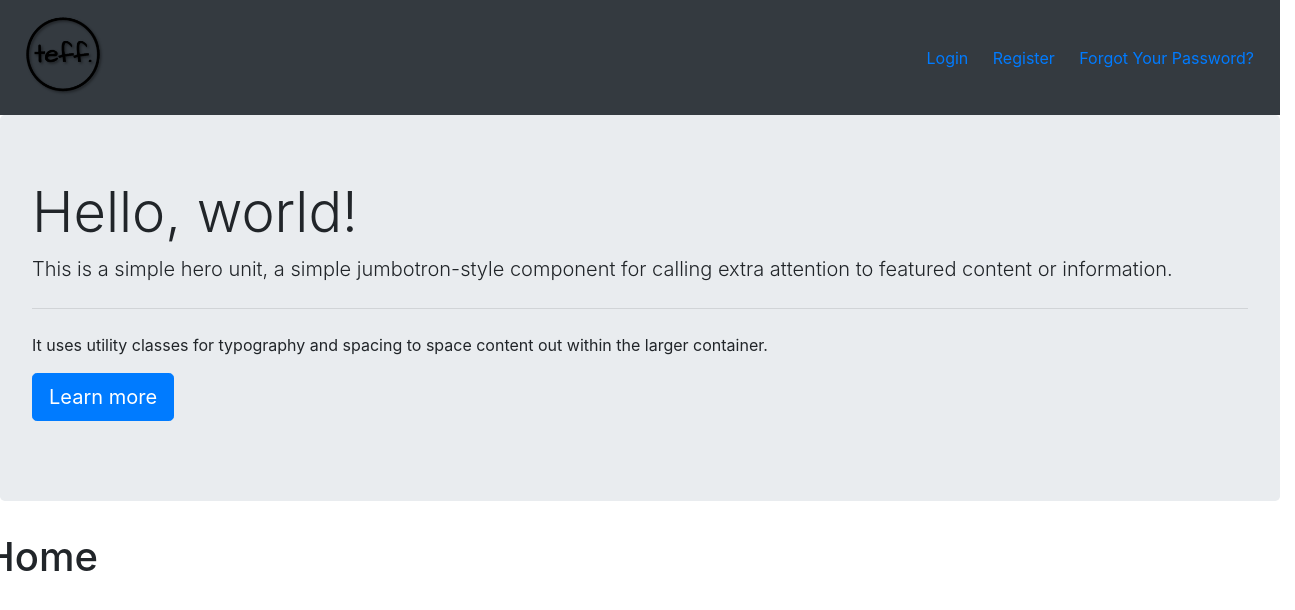
Repository: SamLookingGlass/FullStackDevelopment-Project
Page: http://localhost/
The author's editor kept a record of every edit. The page is drawn from the files as they stood at one moment, then again after the next edit.
The browser window is 1280 px wide. The page is 1295 px wide, so the pictures cover 1295 px, including what lies to the right of the window. The pictures show the whole page.
The page is served by the project's application, run on Django 2.2 (manage.py). Other server files are loaded and not shown.

Above is the page before.

### accounts/views.py
from django.contrib.auth import get_user_model
from django.shortcuts import render, redirect, reverse, HttpResponse
from django.contrib import auth, messages
from django.contrib.auth.decorators import login_required
from .forms import UserLoginForm, UserRegistrationForm

# Create your views here.
def index(request):
    return render(request, 'index.html')

def logout(request):
    auth.logout(request)
    messages.success(request, "You have successfully been logged out")
    return redirect(reverse('index'))

def login(request):
    """Returns the login page"""
    if request.method == 'POST':
        login_form = UserLoginForm(request.POST) # populate the form from what the user has keyed in
        if login_form.is_valid():
            # attempt to check the username and password is valid
            user = auth.authenticate(username=request.POST['username'],
                                     password=request.POST['password'])
            messages.success(request, "You have successfully logged in")
            if user:
                # log in the user
                auth.login(user=user, request=request)
                return redirect(reverse('index'))
            else:
                login_form.add_error('None', "Invalid username or password")
    else:
        login_form = UserLoginForm
        return render(request, 'login.html', {
            'form':login_form
        })

@login_required
def profile(request):
    User = get_user_model()
    user = User.objects.get(email=request.user.email)
    return render(request, 'profile.html', {
        'user' : user
    })

def register(request):
    User = get_user_model()
    if request.method == 'POST':
        form = UserRegistrationForm(request.POST)
        # NEW CODE STARTS HERE
        if form.is_valid():

            #1 create the user
            form.save()

            #2 check if the user has been created properly
            user = auth.authenticate(username=request.POST['username'],
                                     password=request.POST['password1'])
            if user:
                #3 if the user has been created successful, attempt to login
                auth.login(user=user, request=request)
                messages.success(request, "You have successfully registered")
            else:
                messages.error(request, "Unable to register your account at this time")
            return redirect(reverse('index'))
        #NEW CODE ENDS HERE
        else:
            return render(request, 'register.html', {
                'form':form
            })
    else:
        form = UserRegistrationForm()
        return render(request, 'register.html', {
            'form':form
        })

### accounts/templates/index.html
{% extends 'base.html' %}

{% load static %}

{% block page_title %}Home Page{% endblock %}

{% block page_heading %}Home{% endblock %}

### templates/base.html
<!DOCTYPE html>
<html lang="en">

<head>
    <meta charset="UTF-8">
    <meta name="viewport" content="width=device-width, initial-scale=1.0">
    <meta http-equiv="X-UA-Compatible" content="ie=edge">
    <title>{% block page_title %}{% endblock %}</title>
    {% load static %}
    <!-- Own Stylesheet -->
    <link rel="stylesheet" href="{% static 'css/style.css' %}" type="text/css" />

    <!-- Bootstrap CSS CDN-->
    <link rel="stylesheet" href="https://maxcdn.bootstrapcdn.com/bootstrap/4.0.0/css/bootstrap.min.css" integrity="sha384-Gn5384xqQ1aoWXA+058RXPxPg6fy4IWvTNh0E263XmFcJlSAwiGgFAW/dAiS6JXm" crossorigin="anonymous">

    <!-- Google Fonts CSS CDN-->
    <link href="https://fonts.googleapis.com/css?family=Fjalla+One&display=swap" rel="stylesheet">
    <link href="https://fonts.googleapis.com/css?family=Amatic+SC&display=swap" rel="stylesheet">
    <link href="https://fonts.googleapis.com/css?family=Playfair+Display&display=swap" rel="stylesheet">

    <!-- Font Awesome CSS CDN-->
    <link rel="stylesheet" href="https://cdnjs.cloudflare.com/ajax/libs/font-awesome/4.7.0/css/font-awesome.min.css">

</head>

<body>

    <nav class="navbar navbar-dark bg-dark justify-content-between">
        <a href="/" class="navbar-brand"><img id="navlogo" class="img-fluid" src="{% static 'images/logo.png' %}" alt="Teff Logo"></a>

        <div class="d-inline">
            <ul id="navstyle" class="d-inline">
                {% if not user.is_authenticated %}
                <li class="d-inline"><a href="{% url 'login' %}">Login</a></li>
                <li class="d-inline"><a href="{% url 'register' %}">Register</a></li>
                <li class="d-inline"><a href="/password_reset">Forgot Your Password?</a></li>
                {% endif %} {% if user.is_authenticated %}
                <li class="d-inline">Profile</li>
                <li class="d-inline"><a href="{% url 'logout' %}">Logout</a></li>

                {% endif %}
            </ul>
        </div>
    </nav>


    <section>
        <div class="jumbotron">
            <h1 class="display-4">Hello, world!</h1>
            <p class="lead">This is a simple hero unit, a simple jumbotron-style component for calling extra attention to featured content or information.</p>
            <hr class="my-4">
            <p>It uses utility classes for typography and spacing to space content out within the larger container.</p>
            <p class="lead">
                <a class="btn btn-primary btn-lg" href="#" role="button">Learn more</a>
            </p>
        </div>
    </section>

    <div class="row d-lg-flex">
        {% if messages %}
        <div>
            {% for message in messages %} {{ message }} {% endfor %}
        </div>
        {% endif %}


        <h1>{% block page_heading %}{% endblock %}</h1>
        <div>
            {% block content %}{% endblock %}
        </div>
    </div>


</body>

</html>

### teffwebsite/urls.py
"""teffwebsite URL Configuration

The `urlpatterns` list routes URLs to views. For more information please see:
    https://docs.djangoproject.com/en/2.2/topics/http/urls/
Examples:
Function views
    1. Add an import:  from my_app import views
    2. Add a URL to urlpatterns:  path('', views.home, name='home')
Class-based views
    1. Add an import:  from other_app.views import Home
    2. Add a URL to urlpatterns:  path('', Home.as_view(), name='home')
Including another URLconf
    1. Import the include() function: from django.urls import include, path
    2. Add a URL to urlpatterns:  path('blog/', include('blog.urls'))
"""
from django.contrib import admin
from django.urls import path, include

urlpatterns = [
    path('admin/', admin.site.urls),
    path('', include('accounts.urls')),
    path('', include('django.contrib.auth.urls')),
]

### accounts/urls.py
from django.urls import path, include
from accounts.views import index, logout, login, profile, register

urlpatterns = [
    path('', index, name='index'),
    path('logout/', logout, name='logout'),
    path('login/', login, name='login'),
    path('profile/', profile),
    path('register/', register, name='register')
]

### static/css/style.css
body {
    background-color: yellow;
}



/*Navbar*/
#navstyle li {
    margin:10px;

}

#navlogo {
    width:8vw;
    height:100%;
}

After the next edit:
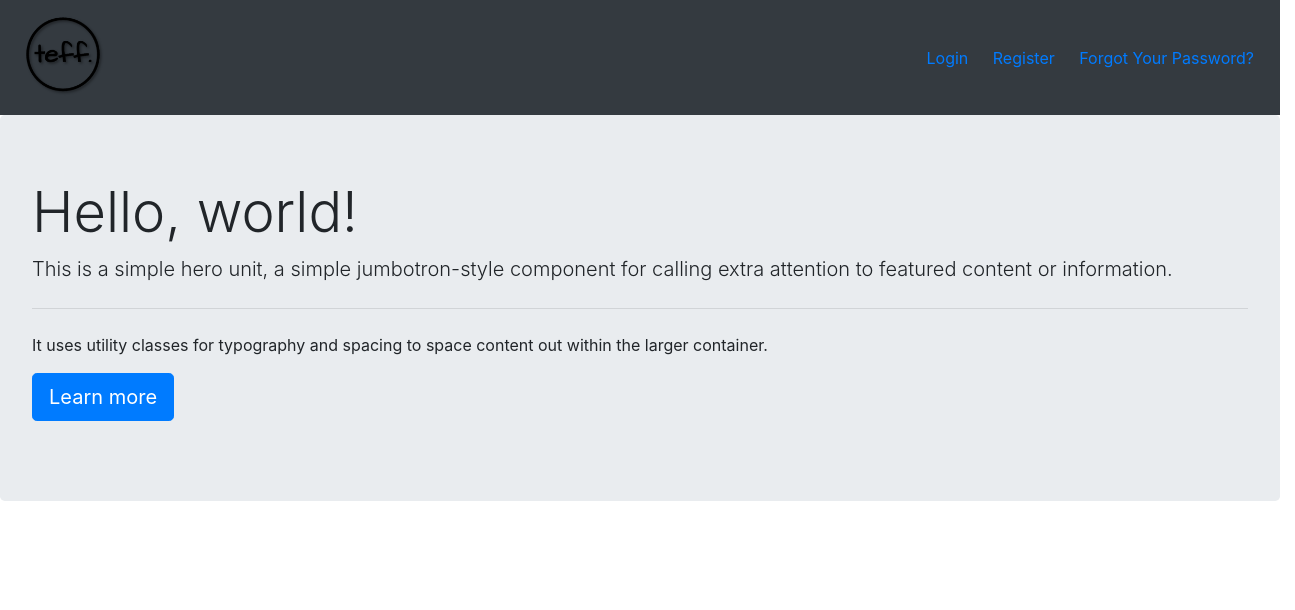
The edit:
--- a/accounts/templates/index.html
+++ b/accounts/templates/index.html
@@ -4,4 +4,9 @@
 
 {% block page_title %}Home Page{% endblock %}
 
-{% block page_heading %}Home{% endblock %}
+{% block content %}
+
+
+
+
+{% endblock %}
